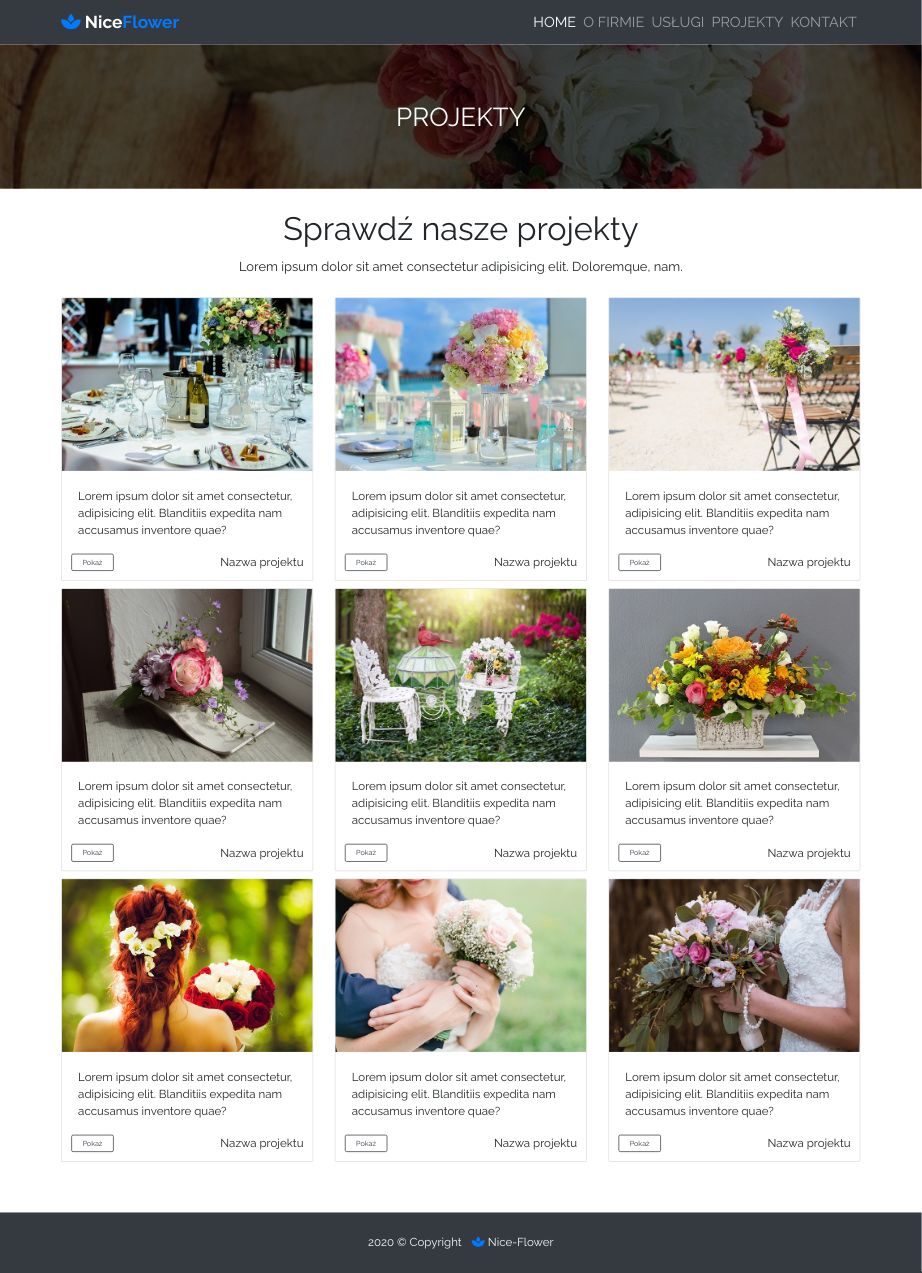
Repository: KrzysKolo/Projekt-13_Kwiaciarnia
Page: projects.html
An editor plug-in stored every save of this project. The page is shown before and after the next save, followed by the edit.
The browser window is 1280 px wide. The pictures show the whole page, at 72% of full size.
Some web libraries are served in a nearby version.

Above is the page before, as saved 2020-08-11 12:30:31.

After the next save:
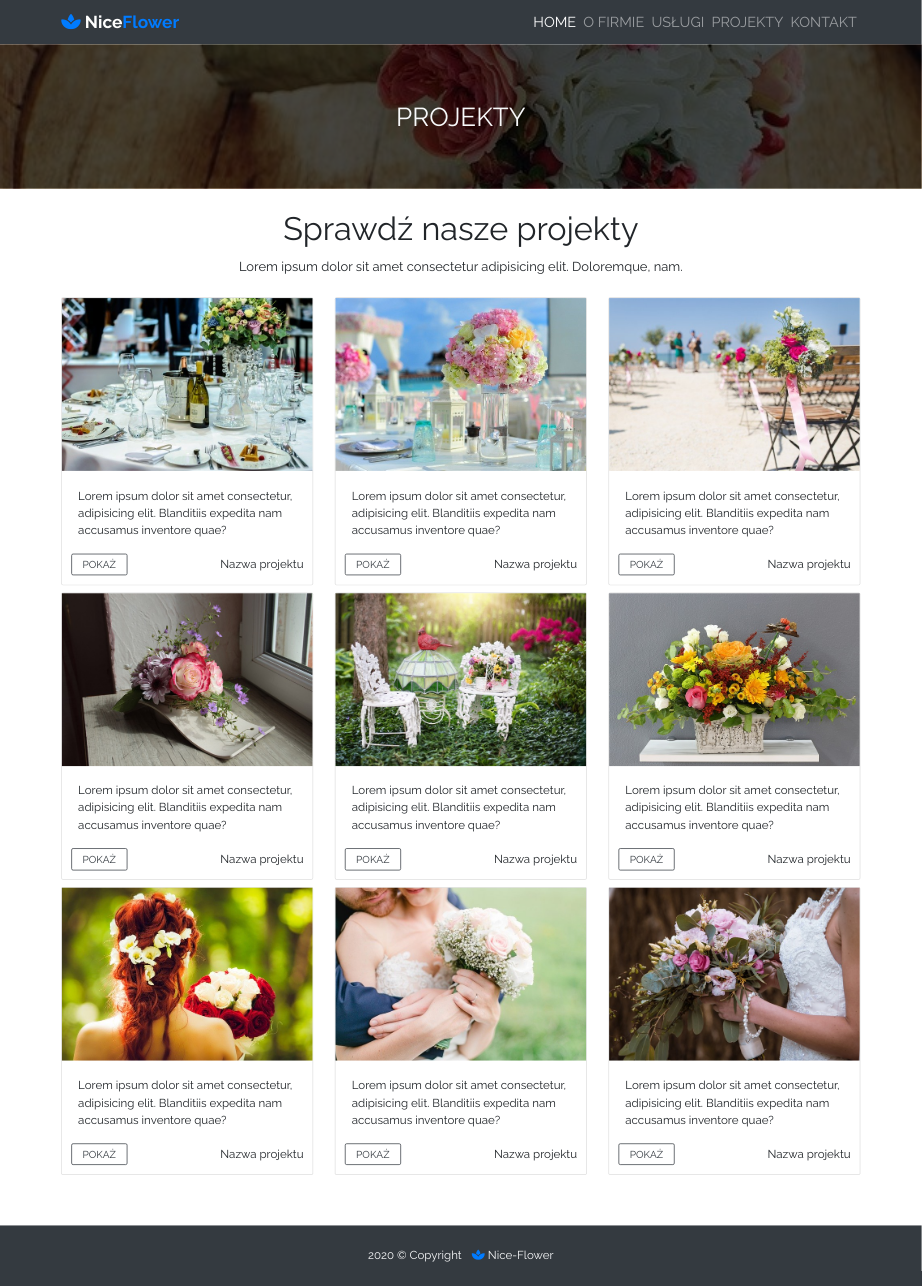
Saved 2 min 18 s later.
--- a/style.css
+++ b/style.css
@@ -198,6 +198,10 @@ header {
   height: 240px;
   object-fit: cover;
 }
+.projects .btn {
+  font-size: 1.4rem;
+  text-transform: uppercase;
+}
 /* ----------- */
 /*    footer   */
 /* ----------- */
